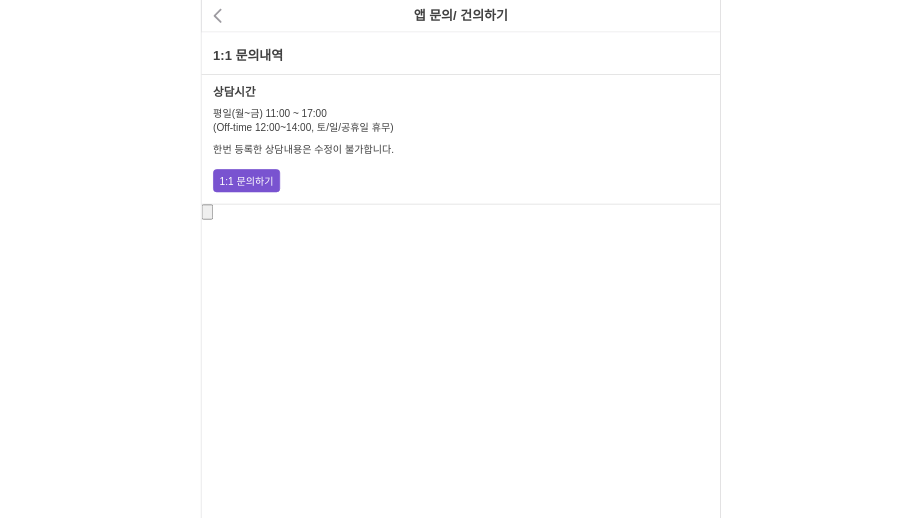
Repository: gosun1018/denguru
Page: my_complain.html
An editor plug-in stored every save of this project. The page is shown before and after the next save, followed by the edit.
The browser window is 1280 px wide. The pictures show the whole page, at 72% of full size.
Some web fonts or font styles are not loaded; a fallback is used. The style sheet was rebuilt from its Sass, Less or Tailwind sources for each picture, by a compiler version that may differ from the author's.

Above is the page before, as saved 2020-03-20 19:20:21.

### my_complain.html
<!DOCTYPE html>
<html lang="ko">
<head>
    <meta charset="UTF-8">
    <meta name="viewport" content="width=device-width, initial-scale=1.0">
    <title>DENGURU:: 앱 문의/ 건의하기</title>
    <link rel="stylesheet" href="css/main.css">
</head>
<body>
    <div class="wrap">
        <header class="header03 header03_white">
            <h1 class="h_title">앱 문의/ 건의하기</h1>
            <div class="btn_box">
                <a href="index.html" class="btn_goback btn_left">
                    <img src="images/icon-goback.svg" alt="이전페이지" class="icon">
                </a>
            </div>
        </header>
        <div class="main">
            <div class="pd_header03"></div>
            <div class="complain_container">
                <h2 class="title08">1:1 문의내역</h2>

                <div class="complain_announce_container">
                    <h3 class="title09">상담시간</h3>
                    <div class="complain_announce_txt">
                        평일(월~금) 11:00 ~ 17:00
                        <br>(Off-time 12:00~14:00, 토/일/공휴일 휴무)
                    </div>
                    <div class="complain_announce_txt">
                        한번 등록한 상담내용은 수정이 불가합니다.
                    </div>
                    <div class="btn_box">
                        <a href="" class="btn btn_mid btn_main">1:1 문의하기</a>
                    </div>
                </div>

                <div class="complain_list_container">
                    <ul class="complain_list">
                        <li class="complain_box">
                            <div class="complain_title_box">
                                <div class="txt_box">
                                    <div class="complain_title">
                                        <span class="tag tag_wait"></span>
                                    </div>
                                    <div class="complain_date"></div>
                                </div>
                                <button class="btn_accordion">
                                    <img src="images/icon-angle-down-gray.svg" alt="" class="icon">
                                </button>
                            </div>
                            <div class="complain_content_box">
                                <div class="complain_content"></div>
                                <div class="complain_reply"></div>
                            </div>
                        </li>
                    </ul>
                </div>
            </div>
        </div>
    </div>
</body>
</html>

### css/scss/main.scss
@charset "utf-8";

//utils
@import "utils/variables";
@import "utils/mixins";
@import "utils/animations";

// base
@import "base/reset";
@import "base/layout";
@import "base/typography";

//modules
@import "modules/swipercustom";
@import "modules/form";
@import "modules/button";
@import "modules/popup";
@import "modules/popover";
@import "modules/toast";
@import "modules/pagination";

//component
@import "component/header";
@import "component/navigation";
@import "component/itemlist";
@import "component/reviewlist";
@import "component/taglist";
@import "component/postlist";
@import "component/postcontent";

//pages
@import "pages/mainpg";
@import "pages/search";
@import "pages/resister-pet";
@import "pages/review";
@import "pages/home-item-info";
@import "pages/gostore";
@import "pages/password-mail-complete";
@import "pages/storelist";
@import "pages/my-main";
@import "pages/my-notification";
@import "pages/members";
@import "pages/withdrawal";
@import "pages/order-history";
@import "pages/mycomplain";

### css/scss/utils/_variables.scss
@import url(https://cdn.jsdelivr.net/gh/moonspam/NanumSquare@1.0/nanumsquare.css);

//base color
$main-color: #7953d0;//#5f4899;
$main-bold-color: #5b13d6;
$secondary-color: #ffb025;
$accent-color: #ff4d7e;//#d72d5c;
$primary-color: #0095c6;
$bg-gray-color: #f3f1f6;

//gray-scale
$gray-0: #fff;
$gray-1: #f5f5f5;
$gray-2: #dbdbdb;
$gray-3: #bdbdbd;
$gray-4: #9e9e9e;
$gray-5: #747474;
$gray-6: #616161;
$gray-7: #414141;
$gray-8: #141414;

//FONT

//font-color
$bold-font-color: $gray-8;
$base-font-color: $gray-7;
$light-font-color: $gray-6;
$x-light-font-color: $gray-5;
$main-font-color: $main-color;
$main-bold-font-color: $main-bold-color;
$accent-font-color: $accent-color;
$primary-font-color: $primary-color;

//font-family
$base-font-family: 'NanumSquare','Apple SD Gothic Neo','Malgun Gothic',arial,sans-serif;

//font-size
$base-font-size: 14px;
$xsmall-font-size: ceil($base-font-size * 0.71); //10px
$small-font-size: ceil($base-font-size * 0.85); //12px
$mid-font-size: ceil($base-font-size * 0.92); //13px
$large-font-size: ceil($base-font-size * 1.14); //16px

$title-font-size: ceil($base-font-size * 1.28); //18px

//line-height
$base-line-height: 1.4;
$narrow-line-height: 1.2;
$mid-line-height: 1.6;
$wide-line-height: 1.8;

//
$layout-base-padding: 16px;
$layout-small-padding: $layout-base-padding / 2;
$layout-large-padding: $layout-base-padding * 1.5;

// border
$base-border: 1px solid $gray-3;
$light-border: 1px solid $gray-2;
$x-light-border: 1px solid $gray-1;
$main-border: 1px solid $main-color;
$secondary-border: 1px solid $secondary-color;
$accent-border: 1px solid $accent-color;
$primary-border: 1px solid $primary-color;

//border-radius
$base-border-radius: 5px;
$large-border-radius: 10px;

// fixed component height
$gnb-bottom-height: $layout-base-padding * 3.5;
$nav-gostore-height: 48px;

$header-height01: $layout-base-padding * 3.5;
$header-height02: $layout-base-padding * 3.5;
$header-height03: 45px;
$header-height04: 45px;
$header-height05: 45px;
$header-height06: $layout-base-padding * 3.5;

### css/scss/utils/_mixins.scss
@mixin clearfix {
    &:after {
        content: '';
        display: block;
        clear: both;
    }
}

@mixin position-center($position) {
    position: $position;
    top: 50%;
    left: 50%;
    transform: translate(-50%, -50%);
}

@mixin one-line-ellipsis {
    white-space: nowrap;
    text-overflow: ellipsis;
    overflow: hidden;
}

@mixin multi-line-ellipsis ($line-height, $lines) {
    overflow: hidden;
    text-overflow: ellipsis;
    display: -webkit-box;
    -webkit-line-clamp: $lines;
    -webkit-box-orient: vertical;
    word-wrap: break-word;
    line-height: $line-height;
    height: $line-height * $lines * 1em;
}

@mixin circle ($box-size) {
    width: $box-size;
    height: $box-size;
    border-radius: $box-size / 2;
}

@mixin blind {
    position: absolute;
    overflow: hidden;
    clip: rect(0 0 0 0);
    margin: -1px;
    width: 1px;
    height: 1px;
}

@mixin layout-frame {
    width: 100%;
    max-width: 720px;
    min-width: 320px;
}

@mixin thumnail {
    position: relative;
    overflow: hidden;

    .img {
        position: absolute;
        top: 0;
        left: 0;
        width: 100%;
        height: 100%;
        object-fit: cover;
    }
}

@mixin thumnail-border($radius) {
    position: relative;

    &:after {
        content: '';
        position: absolute;
        top: 0;
        left: 0;
        width: 100%;
        height: 100%;
        box-sizing: border-box;
        border: 1px solid rgba($gray-2, 0.5);
        border-radius: $radius;
    }
}

@mixin btn-color-full($color) {
    background-color: $color;
    border: 1px solid $color;
}

### css/scss/utils/_animations.scss
@keyframes width-0-to-100 {
    from {
        width: 0;
    }

    to {
        width: 100%;
    }
}

### css/scss/base/_reset.scss
/* http://meyerweb.com/eric/tools/css/reset/
   v2.0 | 20110126
   License: none (public domain)
*/

html, body, div, span, applet, object, iframe, h1, h2, h3, h4, h5, h6, p, blockquote, pre, a, abbr, acronym, address, big, cite, code, del, dfn, em, img, ins, kbd, q, s, samp, small, strike, strong, sub, sup, tt, var, b, u, i, center, dl, dt, dd, ol, ul, li, fieldset, form, label, legend, table, caption, tbody, tfoot, thead, tr, th, td, article, aside, canvas, details, embed, figure, figcaption, footer, header, hgroup, menu, nav, output, ruby, section, summary, time, mark, audio, video {
    margin: 0;
    padding: 0;
    border: 0;
    font-size: 100%;
    font: inherit;
    vertical-align: baseline; }

  /* HTML5 display-role reset for older browsers */

  article, aside, details, figcaption, figure, footer, header, hgroup, menu, nav, section {
    display: block; }

  body {
    line-height: 1; }

  ol, ul {
    list-style: none; }

  blockquote, q {
    quotes: none; }

  blockquote {
    &:before, &:after {
      content: '';
      content: none; } }

  q {
    &:before, &:after {
      content: '';
      content: none; } }

  table {
    border-collapse: collapse;
    border-spacing: 0; }

  a {
    color: inherit;
    text-decoration: none;
  }
  :focus {
    outline-color: $main-color;
  }

### css/scss/base/_layout.scss
body {
    display: flex;
    min-height: 100vh;
    font-family: $base-font-family;
}
.blind {
    @include blind;
}
.clearfix {
    @include clearfix;
}
.wrap {
    display: flex;
    flex-direction: column;
    flex: 1;
    @include layout-frame;
    margin: 0 auto;
    background-color: $bg-gray-color;
}
@media screen and (min-width: 722px) {
    .wrap {
        border-right: $light-border;
        border-left: $light-border;
    }
}
.main {
    display: flex;
    flex-direction: column;
    min-height: 100vh;
}
.img_box {
    font-size: 0;

    .img {
        width: 100%;
        font-size: 12px;
    }
}
.vis_hidden {
    visibility: hidden;
}
.sect01 {
    padding: $layout-base-padding*3 0 0;
    margin-bottom: $layout-base-padding;
    background-color: $gray-0;

    .btn_box_bottom {
        margin-top: $layout-large-padding;
    }
    .btn_more {
        display: block;
        height: $layout-base-padding * 3;
        line-height: $layout-base-padding * 3;
        font-size: $base-font-size;
        border-top: $light-border;
        text-align: center;
        color: $main-font-color;
        font-weight: bold;

        .icon {
            width: 1.1em;
            vertical-align: middle;
        }
    }
}
.sect02 {
    padding: $layout-base-padding*3 0;
    margin-bottom: $layout-base-padding;
    background-color: $gray-0;

    .swiper-pagination {
        bottom: 0;
    }
    .items_wrap {
        padding-bottom: 10px;
    }
}
.sect03 {
    padding: $layout-small-padding;
    background-color: $gray-0;
}
.sect04 {
    margin-top: $layout-base-padding;
    background-color: $gray-0;
}
.sect05 {
    padding: $layout-large-padding 0;
    background-color: $gray-0;
}
.sect06 {
    padding: $layout-base-padding*2 0;
    background-color: $gray-0;
}
.sect_ad01 {
    font-size: 0;

    .bnr {
        width: 100%;
        font-size: 12px;
    }
}
.mt_head02 {
    margin-top: $layout-base-padding * 3.5;
}

### css/scss/modules/_swipercustom.scss
.swiper-pagination {

    .swiper-pagination-bullet {
        width: 10px;
        height: 10px;
    }
}
.swiper-container-horizontal>.swiper-pagination-bullets .swiper-pagination-bullet {
    margin: 0 $layout-small-padding;
}

.pagination_main {

    .swiper-pagination-bullet-active {
        background-color: $main-color;
    }
}
.swiper-pagination {font-size: 0;}

.items_wrap.swiper-container {
    padding: 0 $layout-base-padding 10px;
}

### css/scss/modules/_popover.scss
.popover_container {
    position: relative;
}
.popover {
    display: none;
    position: absolute;
    padding: 8px;
    border-radius: $base-border-radius;
    word-break: keep-all;
    font-size: $base-font-size;
    line-height: $base-line-height;
    box-shadow: 0 1px 4px rgba(0,0,0,0.15);

    &:before {
        content: '';
        position: absolute;
        display: block;
        width: 0;
        height: 0;
        border: 5px solid transparent;
    }
    &.show {
        display: block;
    }
}
.popover_main {
    background-color: $main-color;
    color: $gray-0;

    &.popover_right_top:before {
        border-bottom-color: $main-color;
    }
}
.popover_right_top{
    top: calc(100% + 5px);
    right: -3px;

    &:before {
        top: -10px;
        right: 5px;
    }
}

### css/scss/modules/_toast.scss
.toast_box {
    position: fixed;
    bottom: $gnb-bottom-height;
    left: $layout-base-padding;
    right: $layout-base-padding;
    display: flex;
    justify-content: center;
    align-items: center;
    padding: $layout-small-padding;
    min-height: 48px;
    box-sizing: border-box;
    background-color: rgba(0,0,0,0.85);
    color: #fff;
    font-size: $base-font-size;
    line-height: $base-line-height;
    text-align: center;
    word-break: keep-all;
    border-radius: $large-border-radius;
    overflow: hidden;
    visibility: hidden;
    opacity: 0;
    transition: opacity .5s, visibility .5s, transform .5s;
    z-index: 900;

    &.show {
        opacity: 1;
        visibility: visible;
        transform: translate(0, $layout-small-padding*-1);
    }
}

### css/scss/modules/_pagination.scss
.pagination01 {
    display: flex;
    justify-content: center;

    .page {
        height: 24px;
        min-width: 24px;
        padding: 0 3px;
        box-sizing: border-box;
        border-radius: 12px;
        margin: 0 4px;
        text-align: center;
        font-size: $base-font-size;
        line-height: 24px;
        color: $light-font-color;

        &.active {
            background-color: $main-color;
            color: $gray-0;
            font-weight: 900;
        }
        &.disabled {
            opacity: .5;
        }
    }
    .page_link {
        display: block;
        width: 100%;
        height: 100%;
    }
}

### css/scss/component/_taglist.scss
.tag_list01 {

    .tag_item {
        width: fit-content;
        float: left;

        .btn {
            margin: 0 4px;
        }
        &:first-child .btn {
            margin-left: $layout-base-padding;
        }
        &:last-child .btn {
            margin-right: $layout-base-padding;
        }

        &.active .btn {
            font-weight: bold;
            background-color: $secondary-color;
            border-color: $secondary-color;
        }
    }
}

### css/scss/component/_postlist.scss
.post_list_wrap {
    flex: 1;
    padding: $layout-small-padding 0 $layout-base-padding;
    background-color: $gray-0;

    .pagination01 {
        margin-top: $layout-base-padding * 2;
    }
}

.post_list01 {
    padding: 0 $layout-base-padding;

    .post_item {
        padding: $layout-base-padding 0;
        border-bottom: $light-border;
    }
    .post_date {
        margin-bottom: $layout-small-padding;
        font-size: $small-font-size;
        color: $light-font-color;
    }
    .post_title {
        font-size: $base-font-size;
        color: $bold-font-color;
        @include multi-line-ellipsis($base-line-height,2);
        height: auto;
        max-height: $base-line-height * 2em;

        .icon_new {
            height: 1em;
            vertical-align: middle;
        }
    }
}

### css/scss/component/_postcontent.scss
.post_content_wrap {
    flex: 1;
    display: flex;
    flex-direction: column;
}
.post_content_title_container {
    padding: $layout-base-padding;
    border-bottom: $light-border;

    .post_content_title {
        font-size: $large-font-size;
        line-height: $base-line-height;
        font-weight: bold;
        color: $base-font-color;
    }
    .post_content_date {
        margin-top: $layout-small-padding;
        font-size: $small-font-size;
        color: $light-font-color;
    }
}
.post_content_article {
    min-height: 200px;
    padding: $layout-large-padding $layout-base-padding;
    background-color: $gray-0;
    font-size: $mid-font-size;
    line-height: $mid-line-height;
    color: $base-font-color;
}
.post_content_link_container {
    flex: 1;
    padding: 0 $layout-base-padding;
    margin-top: $layout-base-padding;
    background-color: $gray-0;

    .post_content_link_box {
        margin-top: $layout-small-padding;
    }
    .post_content_link {
        display: flex;
        align-items: center;
    }
    .icon_box {
        width: 24px;
        height: 24px;

        .img {
            width: 100%;
            height: 100%;
        }
    }
    .post_page {
        margin: 0 $layout-small-padding;
        font-size: $mid-font-size;
        color: $base-font-color;
    }
    .post_title {
        font-size: $base-font-size;
        color: $bold-font-color;
        @include one-line-ellipsis;
    }

}

### css/scss/pages/_gostore.scss
.h_load_bar_box {
    display: none;
    width: 100%;
    height: 4px;
    background-color: $bg-gray-color;
    overflow: hidden;

    &.show {
        display: block;
    }

    .h_load_bar {
        width: 0;
        height: 100%;
        background-color: $main-color;
        border-radius: 0 2px 2px 0;
        animation: ease-in-out 5s forwards width-0-to-100;
    }
}

.load_gostore_container {
    display: none;
    flex: 1;
    box-sizing: border-box;
    flex-direction: column;
    background-color: $gray-0;

    &.show {
        display: flex;
    }

    .load_img_container {
        display: flex;
        flex: 7;
        justify-content: center;
        align-items: center;
    }
    .load_img_box {
        width: 140px;
        margin: 0 auto 22px;
    }
    .load_txt_box {
        text-align: center;

        .txt01 {
            font-size: 20px;
            color: $base-font-color;
            font-weight: 900;
        }
        .txt02 {
            margin-top: $layout-small-padding;
            font-size: $large-font-size;
            color: $base-font-color;
        }
        .emph {
            color: $main-font-color;
        }
    }
    .load_notice_container {
        display: flex;
        justify-content: center;
        align-items: center;
        flex: 3;
        background-color: $gray-1;
        text-align: center;
        font-size: $small-font-size;
        line-height: $base-line-height;
        color: $light-font-color;
    }
}
.page_store {
    display: none;
    flex: 1;
    overflow-y: auto;
    overflow-x: hidden;

    &.show {
        display: block;
    }
}

### css/scss/pages/_password-mail-complete.scss
.mail_complete_container {
    height: 100vh;
    display: flex;
    flex-direction: column;
    justify-content: center;
    align-items: center;
    background-color: $gray-0;

    .img_motion_box {
        width: 140px;
        margin: 0 auto;

        .img {
            width: 100%;
        }
    }
    .mail_complete_txt01 {
        margin-top: $layout-large-padding;
        text-align: center;
        font-size: 20px;
        line-height: $narrow-line-height;
        font-weight: 900;

        .emph {
            color: #8054ea;
        }
    }
    .mail_complete_txt02 {
        margin-top: 12px;
        text-align: center;
        font-size: $base-font-size;
        line-height: $base-line-height;
        color: $base-font-color;
    }
    .btn_box {
        margin-top: 60px;
        justify-content: center;
    }
    .btn_mail_success {
        width: 90px;
        height: 40px;
        font-size: $large-font-size;
        line-height: 40px;
    }
}

### css/scss/pages/_my-notification.scss
.notification_list_container {
    background-color: $gray-0;

    .notification_box {
        position: relative;
        padding: $layout-large-padding $layout-base-padding;

        &:not(:first-child):before {
            content: '';
            display: block;
            position: absolute;
            top: 0;
            left: $layout-base-padding;
            right: $layout-base-padding;
            height: 1px;
            background-color: $gray-1;
        }
    }
    .notification_new {
        background-color: $bg-gray-color;
    }
    .notification_link {
        display: flex;
    }
    .icon_box {
        flex-shrink: 0;
        width: 24px;
        height: 24px;
        margin-right: $layout-base-padding;
    }
    .notification_content {
        flex: 1;
    }
    .notification_title {
        font-size: $base-font-size;
        color: $bold-font-color;
        line-height: $base-line-height;
    }
    .notification_date {
        margin-top: 4px;
        font-size: $small-font-size;
        color: $light-font-color;
    }
    .notification_img {
        margin-top: $layout-base-padding;
    }
}

### css/scss/pages/_withdrawal.scss
.withdrawal_title_container {
    padding: $layout-base-padding*2 $layout-base-padding;
    background-color: $gray-0;

    .img_box {
        height: 64px;

        .img {
            height: 100%;
            object-fit: contain;
        }
    }
    .withdrawal_title {
        margin-top: $layout-base-padding;
        font-size: $title-font-size;
        font-weight: bold;
        color: $bold-font-color;
    }
}
.withdrawal_info_container {
    padding: $layout-large-padding 0;

    .withdrawal_item_num {
        font-weight: bold;
        color: $main-font-color;
    }
    .title07 {
        margin: 0 $layout-base-padding;
    }
}
.withdrawal_item_box {
    margin-bottom: $layout-large-padding;

    .withdrawal_item_list_container {
        margin-top: $layout-small-padding;
    }
    .thumb_box {
        width: 56px;
        height: 56px;
        overflow: hidden;
        border-radius: $base-border-radius;
        @include thumnail;
    }
    .withdrawal_item_bnr {
        margin: $layout-base-padding $layout-base-padding 0;
    }
}
.withdrawal_notice_box {
    padding: 0 $layout-base-padding;

    .withdrawal_notice {
        margin-top: $layout-small-padding;
        font-size: $small-font-size;
        color: $base-font-color;
        line-height: $base-line-height;
    }
}
.withdrawal_btn_container {
    flex: 1;
    padding: $layout-large-padding $layout-base-padding;
    background-color: $gray-0;

    .btn_box {
        margin-top: $layout-large-padding;
    }
}

### css/scss/pages/_mycomplain.scss
.complain_container{
    flex: 1;
    background-color: $gray-0;
    padding: $layout-large-padding 0;

    .title08 {
        margin: 0 $layout-base-padding $layout-base-padding;
    }
}
.complain_announce_container {
    padding: $layout-base-padding;
    border-top: $light-border;
    border-bottom: $light-border;

    .complain_announce_txt {
        margin-top: 12px;
        font-size: $base-font-size;
        color: $base-font-color;
        line-height: $base-line-height;
    }
    .btn_box {
        margin-top: $layout-base-padding;
    }
}

Loaded but not shown: css/scss/component/_reviewlist.scss (472 lines, source omitted); css/scss/modules/_form.scss (411 lines, source omitted); css/scss/pages/_review.scss (392 lines, source omitted); css/scss/pages/_search.scss (393 lines, source omitted); css/scss/component/_header.scss (401 lines, source omitted); css/scss/component/_itemlist.scss (212 lines, source omitted); css/scss/modules/_popup.scss (207 lines, source omitted); css/scss/pages/_home-item-info.scss (180 lines, source omitted); css/scss/pages/_my-main.scss (173 lines, source omitted); css/scss/pages/_storelist.scss (163 lines, source omitted); css/scss/pages/_order-history.scss (143 lines, source omitted); css/scss/modules/_button.scss (175 lines, source omitted); css/scss/component/_navigation.scss (140 lines, source omitted); css/scss/pages/_mainpg.scss (124 lines, source omitted); css/scss/pages/_resister-pet.scss (116 lines, source omitted); css/scss/pages/_members.scss (106 lines, source omitted); css/scss/base/_typography.scss (109 lines, source omitted)

After the next save:
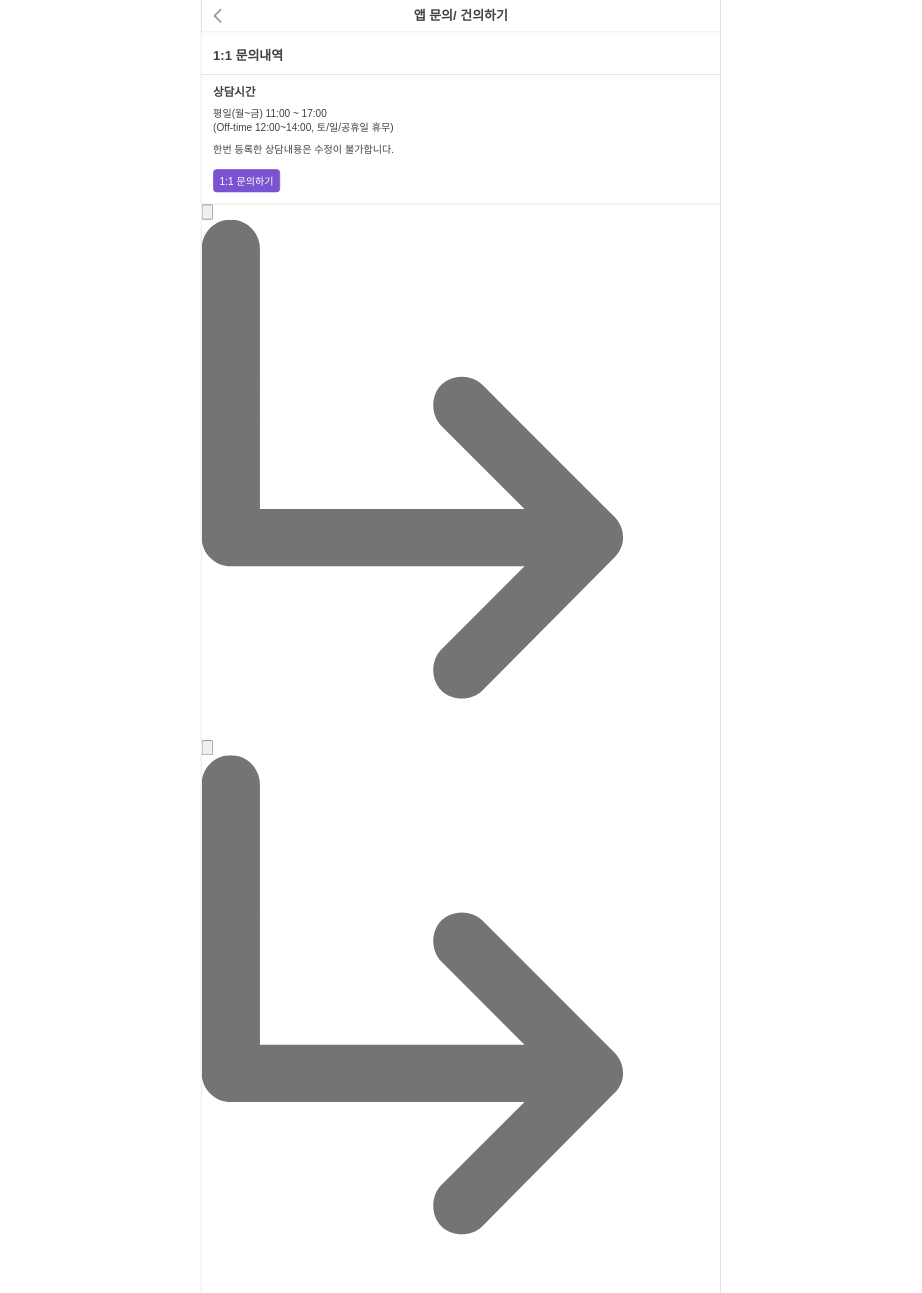
Saved 5 min 4 s later.
--- a/my_complain.html
+++ b/my_complain.html
@@ -50,8 +50,39 @@
                                 </button>
                             </div>
                             <div class="complain_content_box">
-                                <div class="complain_content"></div>
-                                <div class="complain_reply"></div>
+                                <div class="complain_content">
+
+                                </div>
+                                <div class="complain_reply_box">
+                                    <img src="images/icon-reply.svg" alt="댓글" class="icon">
+                                    <div class="complain_reply">
+
+                                    </div>
+                                </div>
+                            </div>
+                        </li>
+                        <li class="complain_box">
+                            <div class="complain_title_box">
+                                <div class="txt_box">
+                                    <div class="complain_title">
+                                        <span class="tag tag_wait"></span>
+                                    </div>
+                                    <div class="complain_date"></div>
+                                </div>
+                                <button class="btn_accordion">
+                                    <img src="images/icon-angle-down-gray.svg" alt="" class="icon">
+                                </button>
+                            </div>
+                            <div class="complain_content_box">
+                                <div class="complain_content">
+
+                                </div>
+                                <div class="complain_reply_box">
+                                    <img src="images/icon-reply.svg" alt="댓글" class="icon">
+                                    <div class="complain_reply">
+
+                                    </div>
+                                </div>
                             </div>
                         </li>
                     </ul>
